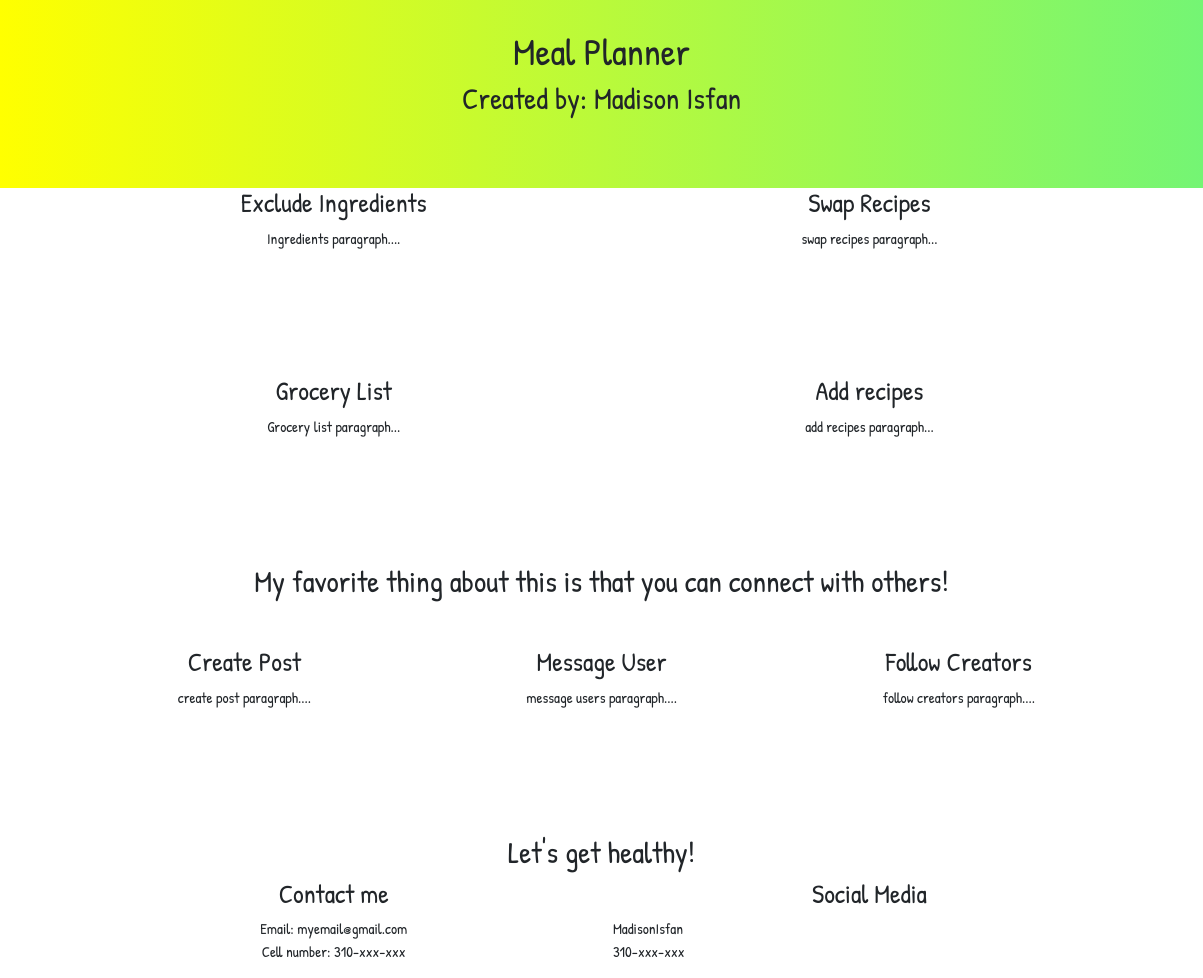
Repository: madisonisfan/Meal-Planner
Page: index.html
The author's editor kept a copy of each file at every save. The page is drawn from the files as they stood at one save, then again after the next save.
The browser window is 1280 px wide. The pictures show the whole page, at 94% of full size.
Some web libraries are served in a nearby version.

Above is the page before, as saved 2021-02-17 17:31:58.

After the next save:
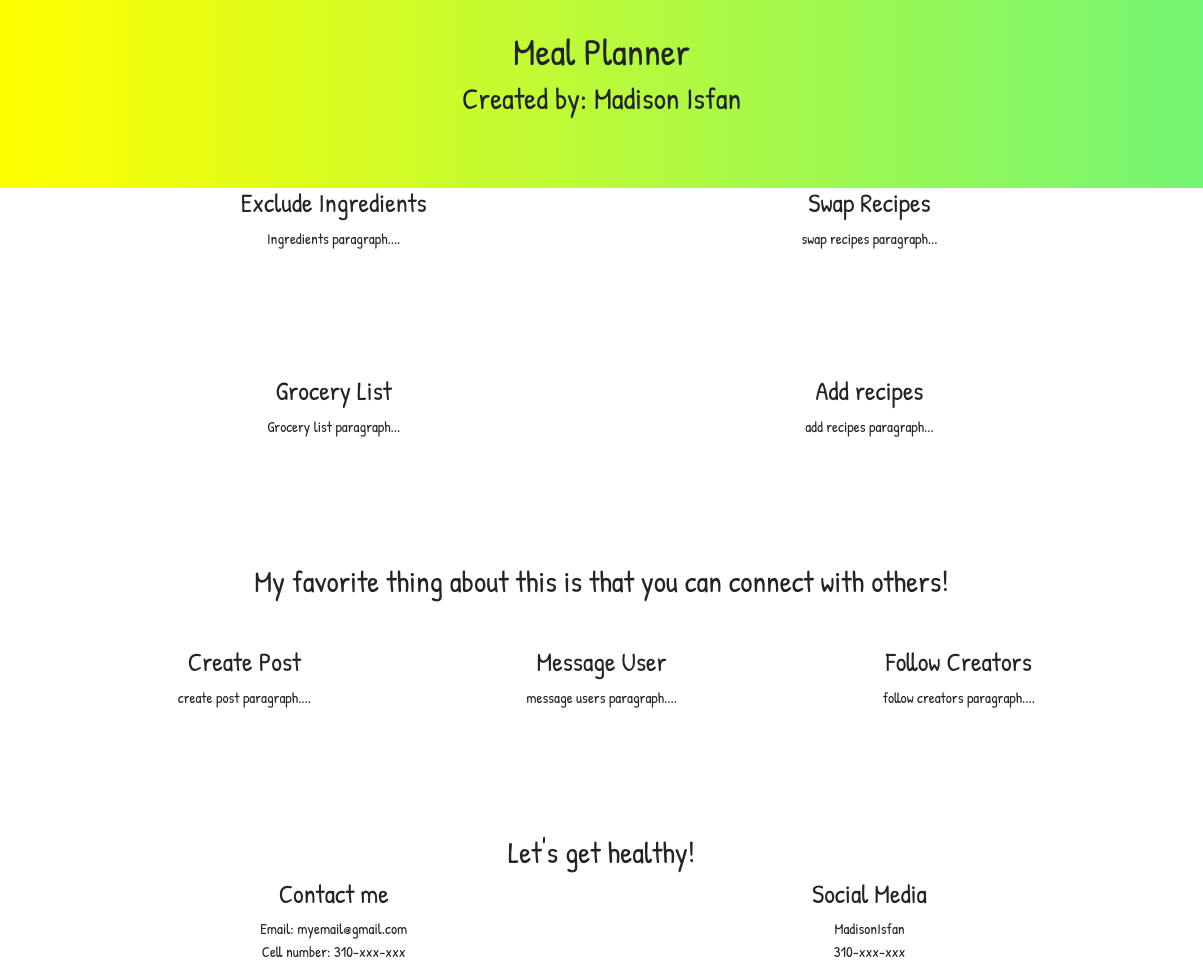
Saved 10 s later.
--- a/index.html
+++ b/index.html
@@ -92,7 +92,7 @@
                     </ul>
 
                 </div>
-                <div class="col">
+                <div class="col-12 text-center col-md">
                     <h3 class="text-center">Social Media</h3>
                     <ul class="list-unstyled">
                         <li>MadisonIsfan</li>
